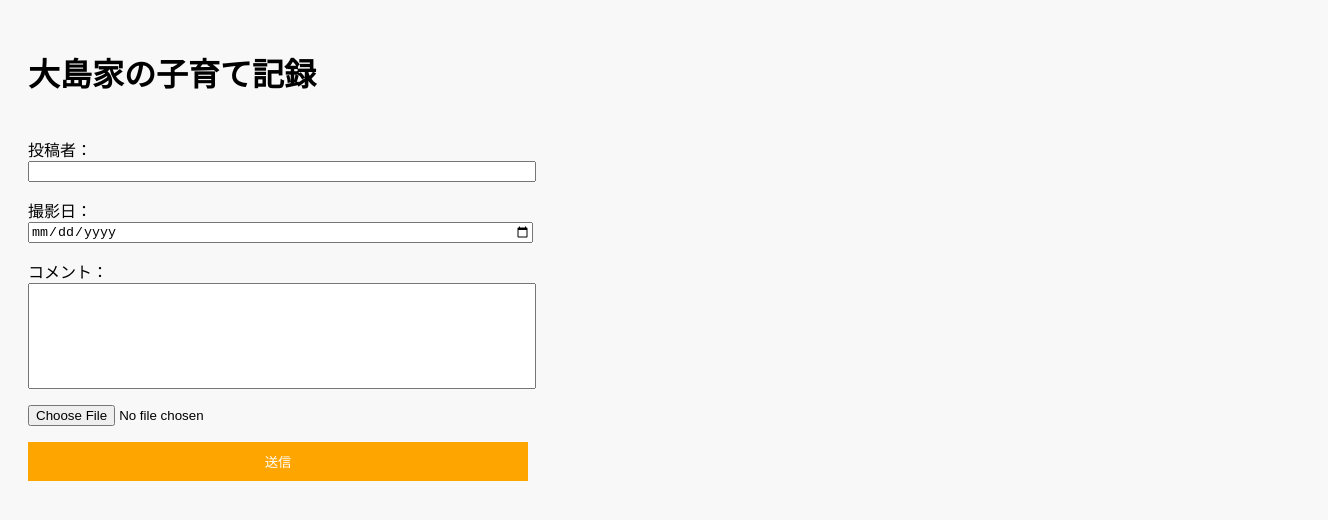
Repository: daidai0602/gs_kadai_questionnaire
Page: http://localhost/post.php
The author's editor kept a copy of each file at every save. The page is drawn from the files as they stood at one save, then again after a run of saves.
The browser window is 1280 px wide. The page is 1328 px wide, so the pictures cover 1328 px, including what lies to the right of the window. The pictures show the whole page.
The page is run by PHP 8.4 with error messages shown; the project is at /var/www/html/.

Above is the page before, as saved 2023-11-15 23:14:50.

After the next 3 saves:
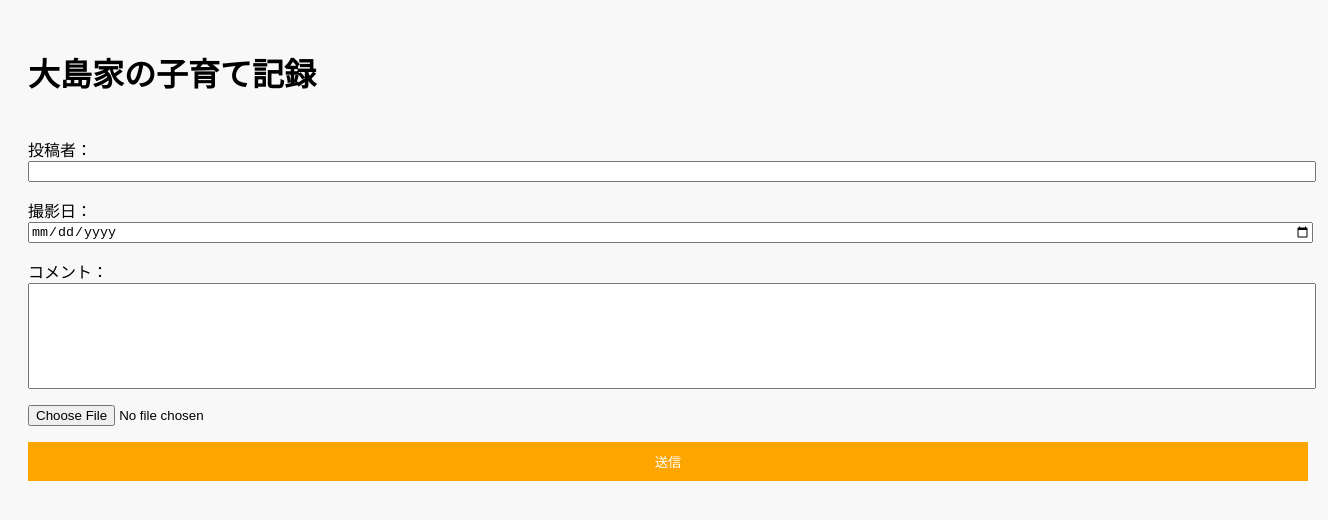
The 3 saves are shown as one change because they came seconds apart.
The last was saved 17 s later.
--- a/post.php
+++ b/post.php
@@ -15,7 +15,7 @@
       padding-bottom: 20px;
     }
     input{
-      width: 500px;
+      width: 100%;
     }
     input[type=textarea]{
       height: 100px;
